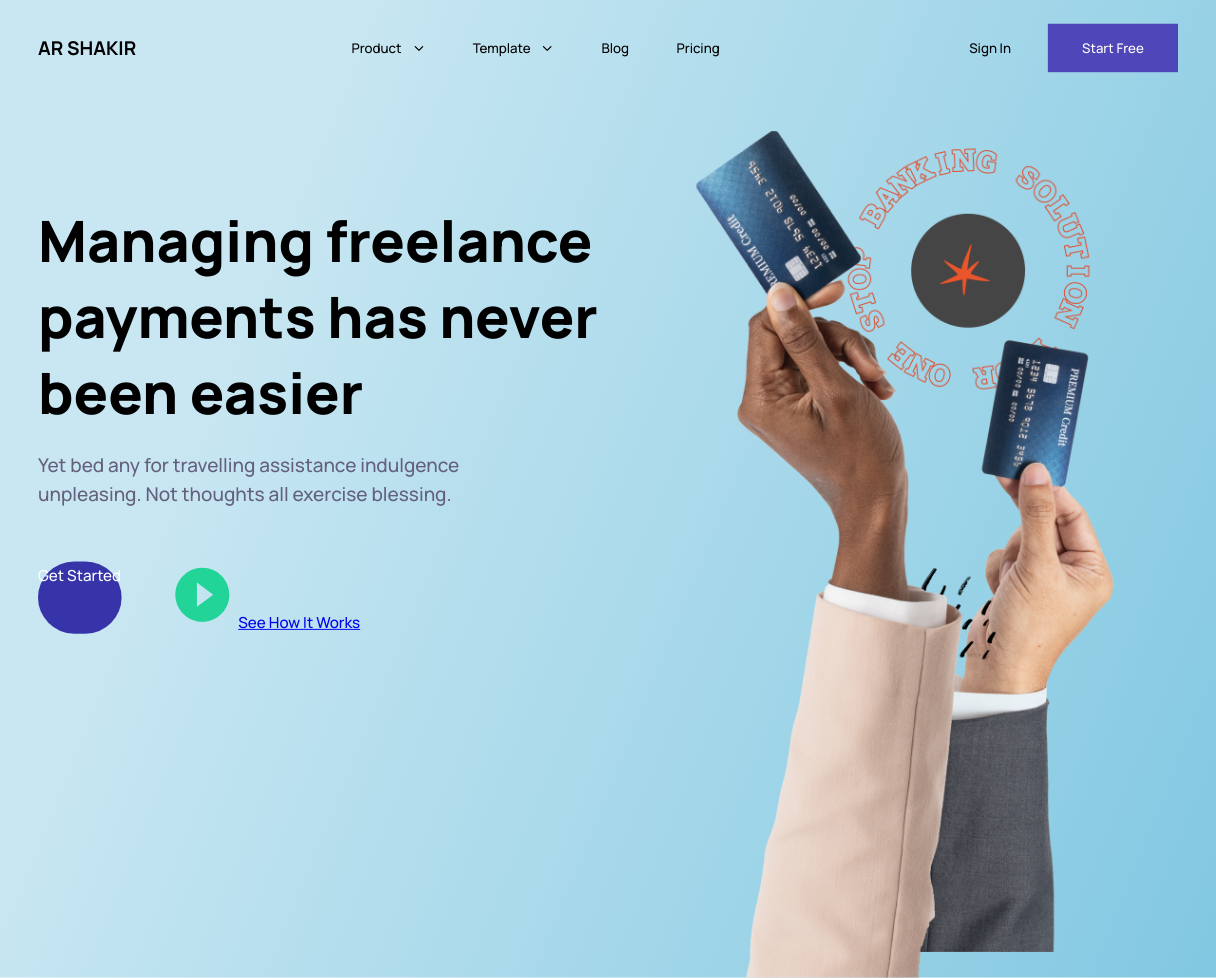
Repository: duongdori/ARShakir
Page: index.html
An editor plug-in stored every save of this project. The page is shown before and after the next save, followed by the edit.
The browser window is 1280 px wide. The pictures show the whole page, at 95% of full size.

Above is the page before, as saved 2022-04-02 16:48:48.

### index.html
<!DOCTYPE html>
<html lang="en">
<head>
    <meta charset="UTF-8">
    <meta http-equiv="X-UA-Compatible" content="IE=edge">
    <meta name="viewport" content="width=device-width, initial-scale=1.0">
    <title>AR SHAKIR</title>
    <link rel="preconnect" href="https://fonts.googleapis.com">
    <link rel="preconnect" href="https://fonts.gstatic.com" crossorigin>
    <link href="https://fonts.googleapis.com/css2?family=Manrope:wght@400;500;600;700;800&display=swap" rel="stylesheet">

    <link rel="stylesheet" href="./assets/css/main.css">
</head>
<body>
    <div class="wrapper">
        <header class="header">
            <div class="header-top">
                <div class="container">
                    <div class="header-logo">AR Shakir</div>
                    <ul class="header-menu">
                        <li class="header-menu-item">
                            <a href="#" class="header-menu-item-link">Product</a>
                            <a href="#" class="header-menu-item-icon">
                                <ion-icon name="ios-arrow-down"></ion-icon>
                            </a>
                        </li>
                        <li class="header-menu-item">
                            <a href="#" class="header-menu-item-link">Template</a>
                            <a href="#" class="header-menu-item-icon">
                                <ion-icon name="ios-arrow-down"></ion-icon>
                            </a>
                        </li>
                        <li class="header-menu-item">
                            <a href="#" class="header-menu-item-link">Blog</a>
                        </li>
                        <li class="header-menu-item">
                            <a href="#" class="header-menu-item-link">Pricing</a>
                        </li>
                    </ul>
                    <div class="header-login">
                        <a href="#" class="header-login-signin">Sign In</a>
                        <a href="#" class="header-login-startfree">Start Free</a>
                    </div>
                </div>
            </div>
            <div class="container">
                <div class="header-main">
                    <div class="header-content">
                        <h1 class="header-content-heading">
                            Managing freelance payments has never been easier
                        </h1>
                        <p class="header-content-desc">
                            Yet bed any for travelling assistance indulgence unpleasing. Not thoughts all exercise blessing.
                        </p>
                        <div class="header-content-btn">
                            <a class="header-content-getstarted_btn">Get Started</a>
                            <div class="header-content-see_btn">
                                <ion-icon name="play-circle" class="header-content-see_btn-icon" ></ion-icon>
                                <a href="#" class="header-content-see_btn-link">See How It Works</a>
                            </div>
                        </div>
                    </div>
                    <img srcset="./assets/images/img1.png 2x" class="header-img" alt="">
                </div>
            </div>
        </header>
    </div>
</body>
<script  src = "https://unpkg.com/ionicons@4.5.10-0/dist/ionicons.js" > </script >
</html>

### assets/css/main.css
*, *::before, *::after {
  box-sizing: border-box;
}
* {
  margin: 0;
}

html, body {
  height: 100%;
}
body {
  line-height: 1.5;
  -webkit-font-smoothing: antialiased;
  -webkit-tap-highlight-color: rgba(0,0,0,0);
}

img, picture, video, canvas, svg {
  display: block;
  max-width: 100%;
}
input, button, textarea, select {
  font: inherit;
  outline: none;
  border: none;
}
p, h1, h2, h3, h4, h5, h6 {
  overflow-wrap: break-word;
}

:root {
    --primary-font: "Manrope";
    --primary-text-color: #000;
}
body {
    font-family: var(--primary-font);
    font-weight: 500;
}

.wrapper {
    max-width: 1440px;
    margin: 0 auto;
}

.container {
    max-width: 1200px;
    margin: 0 auto;
}

.header{
    background: linear-gradient(292.12deg, #62BADA -35.02%, #C9E7F2 78.96%);
}

.header-top{
    padding-top: 38px;
}

.header-top .container {
    display:flex;
    justify-content: space-between;
    align-items: center;
}

.header-logo{
    font-weight: 700;
    font-size: 20px;
    line-height: calc(25 / 20);
    text-transform: uppercase;
    color: var(--primary-text-color);
}

.header-menu{
    display:flex;
    align-items: center;
    list-style: none;
    font-weight: 500;
    font-size: 14px;
    line-height: calc(19 / 14);
    padding: 0;
    margin-left: -50px;

}

.header-menu-item{
    margin-left: 50px;
}

.header-menu-item-link{
    color: var(--primary-text-color);
    text-decoration: none;

}

.header-menu-item-icon {
    color: var(--primary-text-color);
    margin-left: 8px;
    display: inline;
    top: 2px;
    position: relative;
}

.header-login{
    font-size: 14px;
    line-height: calc(19 / 14);
}

.header-login-signin{
    color: var(--primary-text-color);
    text-decoration: none;
    padding: 16px 36px;

}

.header-login-startfree{
    color: #fff;
    text-decoration: none;
    background-color: #4F46BA;
    padding: 16px 36px;

}


.header-main {
    display: flex;
    justify-content: space-between;
}

.header-content {
    max-width: 646px;
    width: 100%;
    margin-top: 150px;
    flex-shrink: 0;
}

.header-content-heading {
    font-size: 60px;
    font-weight: 800;
    line-height: calc(80 / 60);
    color: var(--primary-text-color);
}

.header-content-desc {
    max-width: 510px;
    width: 100%;
    margin-top: 22px;
    font-size: 20px;
    line-height: calc(30 / 20);
    color: #64607D;
}

.header-content-btn{
    display: flex;
    margin-top: 56px;
}

.header-content-getstarted_btn{
    color: #fff;
    font-size: 16px;
    line-height: calc(30 / 16);
    background-color: #3734A9;
    margin-right: 50px;
    border-radius: 47px;
}

.header-content-see_btn{

}

.header-content-see_btn-icon {
    color: #22D497;
    width: 70px;
    height: 70px;
}

.header-content-see_btn-link{

}

After the next save:
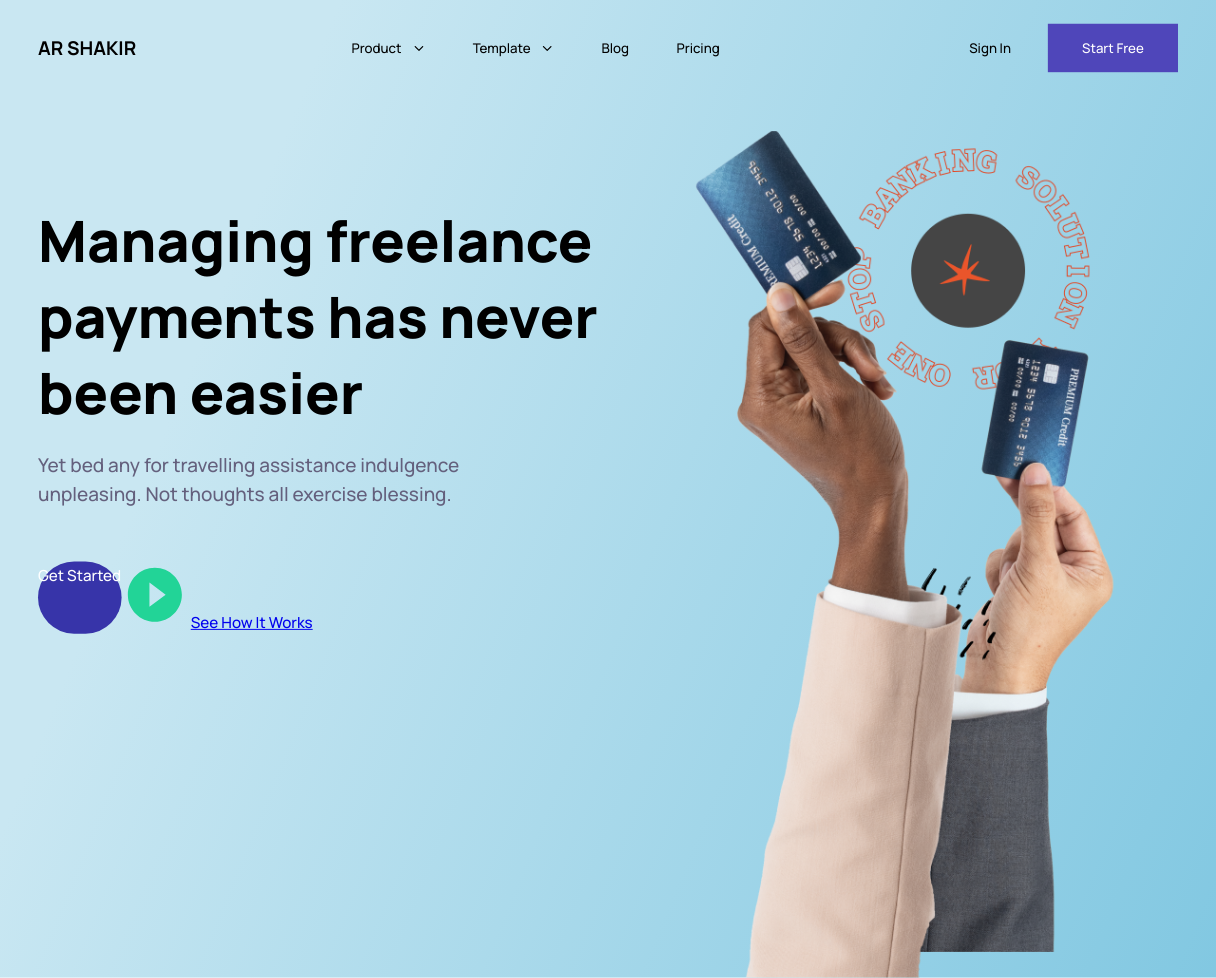
Saved 9 s later.
--- a/assets/css/main.css
+++ b/assets/css/main.css
@@ -157,7 +157,6 @@ body {
     font-size: 16px;
     line-height: calc(30 / 16);
     background-color: #3734A9;
-    margin-right: 50px;
     border-radius: 47px;
 }
 
